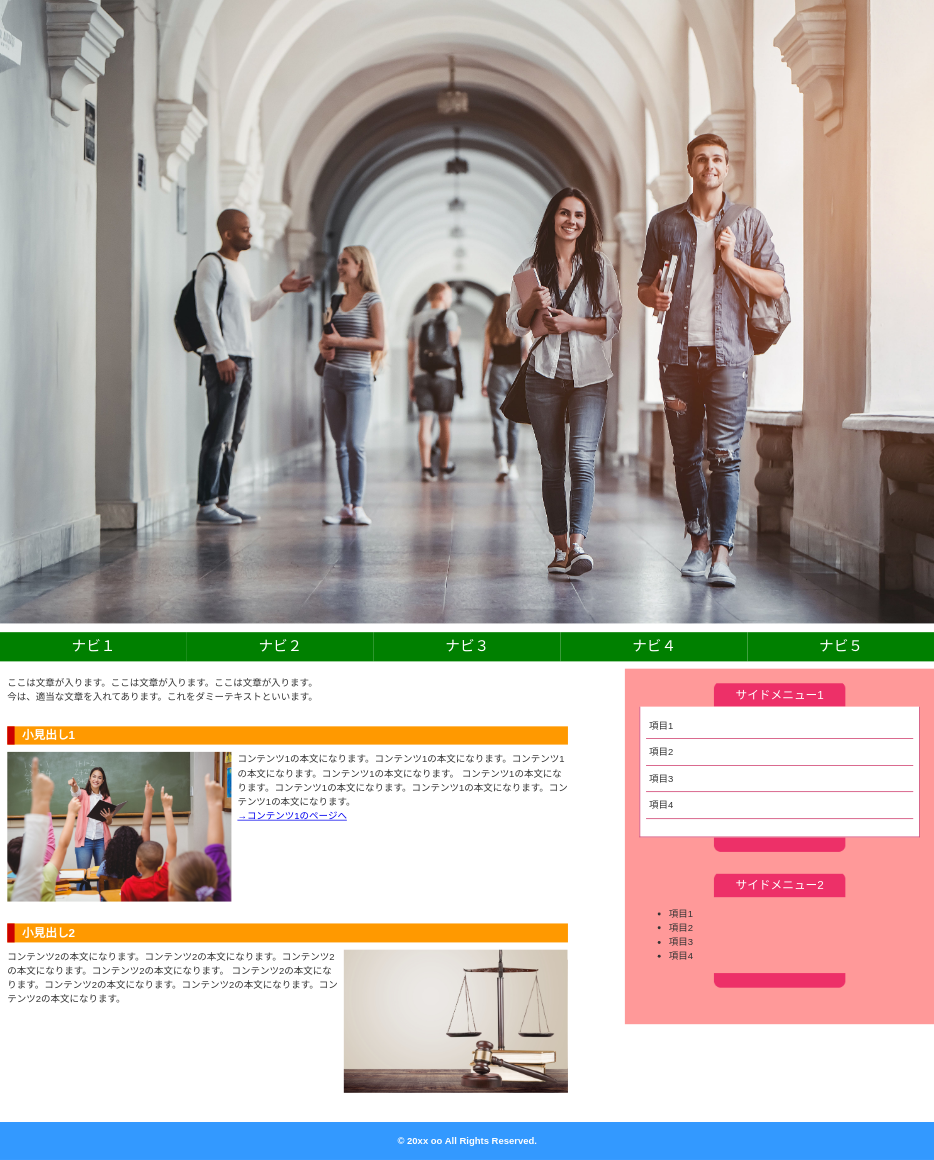
Repository: yoshi1924/samurai_HTML-CSS
Page: home.html
The author's editor kept a record of every edit. The page is drawn from the files as they stood at one moment, then again after the next edit.
The browser window is 1280 px wide. The pictures show the whole page, at 73% of full size.

Above is the page before.

After the next edit:
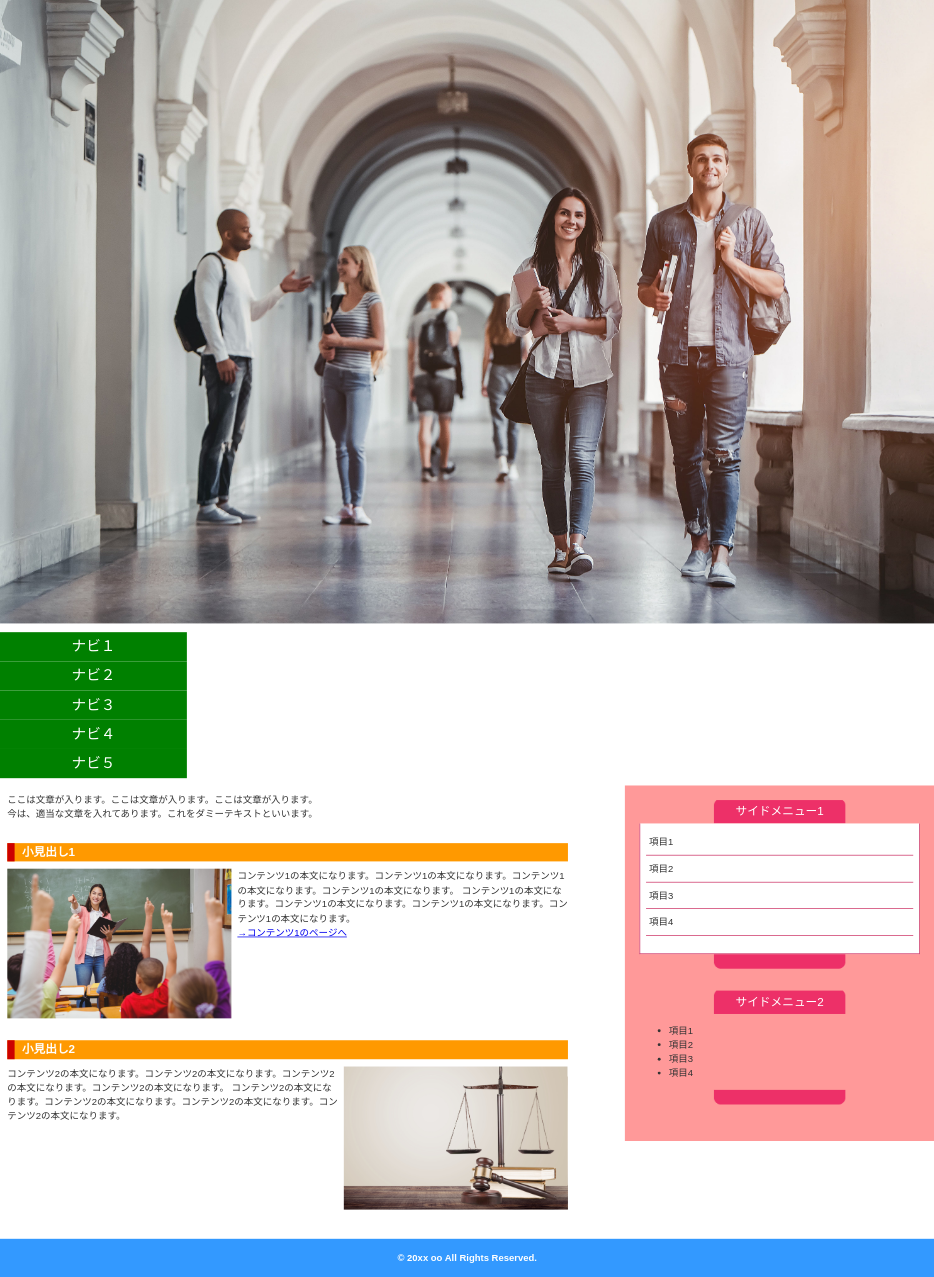
The edit:
--- a/stylesheet.css
+++ b/stylesheet.css
@@ -58,7 +58,6 @@
 }
 
 #nav ul li {
-    float: left;
     width: 20%;
     text-align: center;
 }

After the edit that followed:
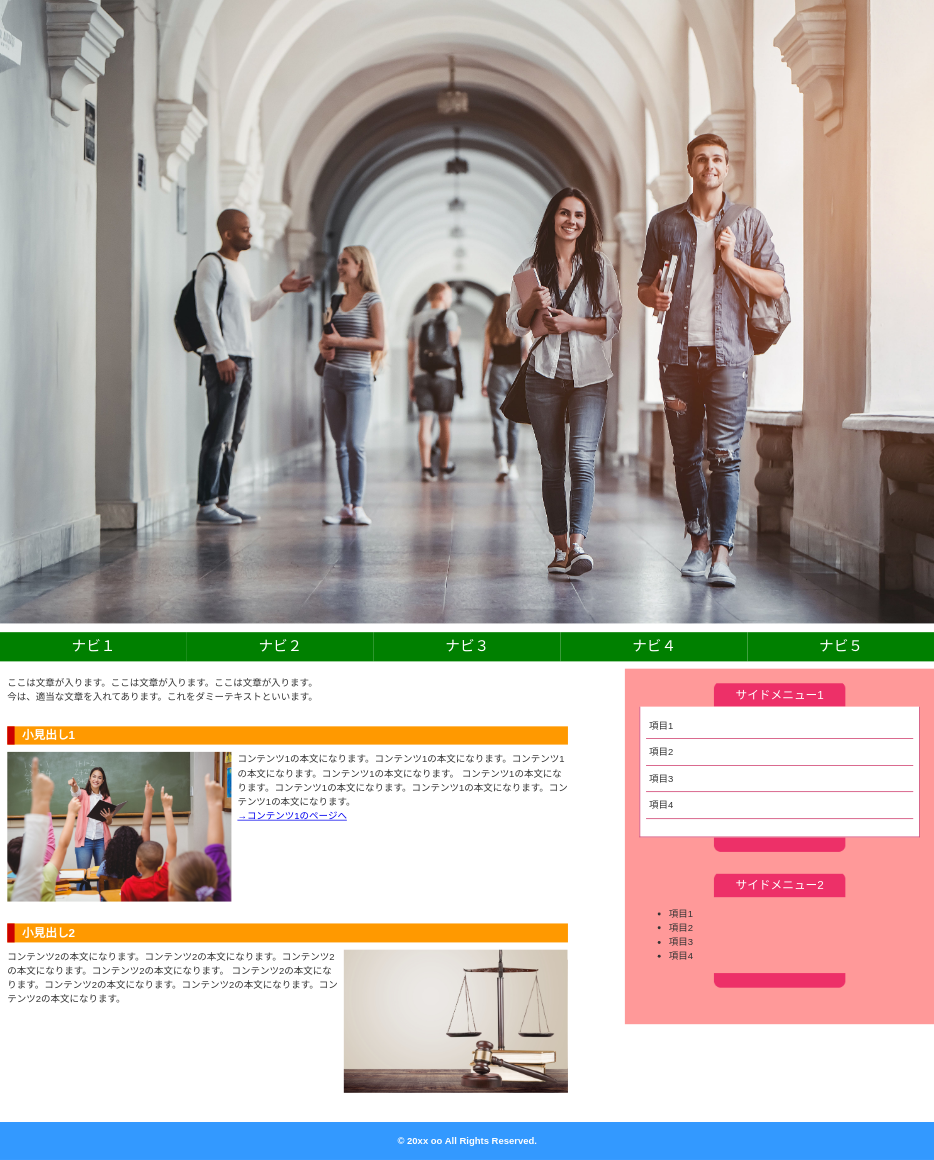
The edit:
--- a/stylesheet.css
+++ b/stylesheet.css
@@ -52,6 +52,7 @@
 }
 
 #nav ul {
+    display: flex;
     margin: 0;
     padding: 0;
     list-style-type: none;
